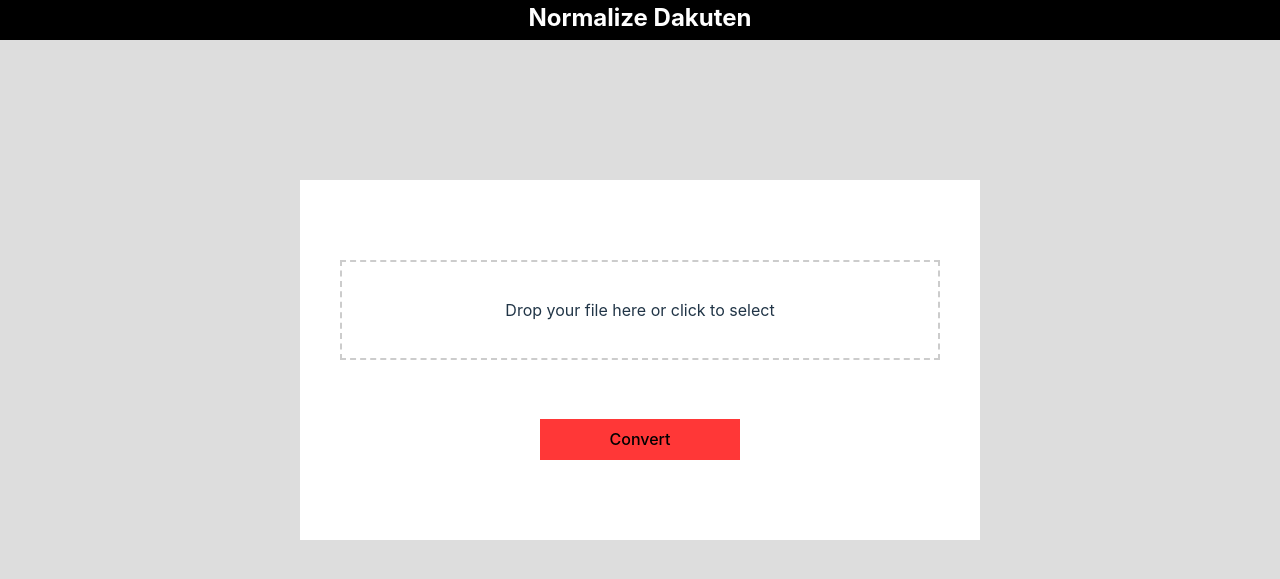
Repository: CatHandsService/normalize_dakuten
Page: / (app in front/)
These files come from the project's save history. The page is drawn as it stood at one moment and after the next save; the edit follows.
The browser window is 1280 px wide. The pictures show the whole page.
The project was rebuilt for these pictures with package versions that can differ from the ones it lists, and the page was loaded fresh each time. Also part of the build but not shown: front/vite.config.ts.

Above is the page before, as saved 2024-01-27 16:21:24.

After the next save:
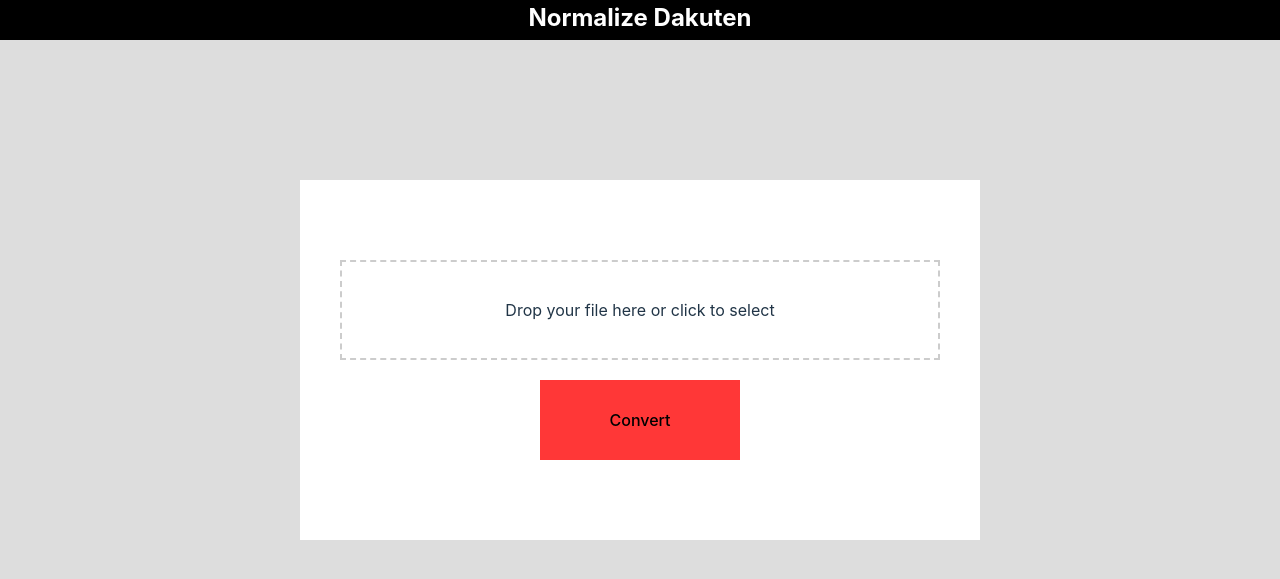
Saved 9 s later.
--- a/front/src/App.css
+++ b/front/src/App.css
@@ -38,6 +38,7 @@ body {
 }
 .convert {
   width: 200px;
+  height: 80px;
   background-color: #ff3737;
   border-radius: 0;
 }
